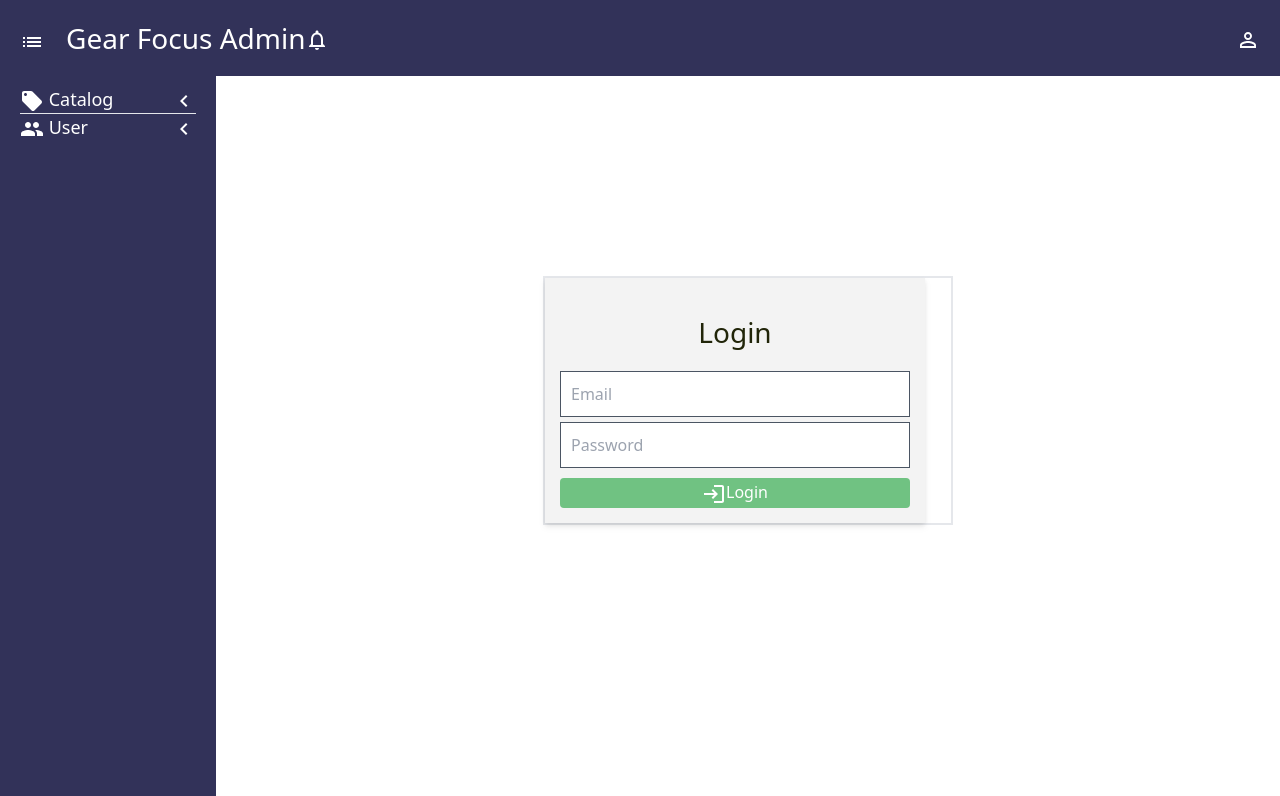
Repository: Kiendz3202/projectFinalPGS
Page: /
These files come from the project's save history. The page is drawn as it stood at one moment and after the next save; the edit follows.
The browser window is 1280 px wide. The pictures show the whole page.
The project was rebuilt for these pictures with package versions that can differ from the ones it lists, and the page was loaded fresh each time. Also part of the build but not shown: src/App.css, src/pages/HomePage.tsx, src/ProtectedRoute.tsx.

Above is the page before, as saved 2022-03-07 23:17:19.

### src/index.tsx
import React from 'react';
import ReactDOM from 'react-dom';
import './index.css';
import App from './App';
import { BrowserRouter} from 'react-router-dom'

ReactDOM.render(
  <BrowserRouter>
    <App />
  </BrowserRouter>,
  document.getElementById('root')
);

### src/App.tsx
import React, { Fragment } from 'react';
import logo from './logo.svg';
import './App.css';
import LoginPage from './pages/LoginPage';
import Router from './Router';
import Header from './components/header/Header';
import Navbar from './components/navbar/Navbar';

function App() {
  return (
    <Fragment>
    <Header />
    <div className='flex w-full'>
    <Navbar />
    <Router />
    </div>
    </Fragment>
  );
}

export default App;

### src/Router.tsx
import React, { lazy } from 'react';
import { Route, Routes,BrowserRouter,Navigate } from 'react-router-dom';
import {ROUTES} from './config/Routes'
import ProtectedRoute from './ProtectedRoute';
import { Suspense } from 'react';


const HomePage = lazy(() => import('./pages/HomePage'));
const LoginPage = lazy(() => import('./pages/LoginPage'));

interface Props {}

const Router = (props: Props) => {

  return (
    <Suspense fallback={<div>Loading.....</div>}>
      <Routes>
        <Route path={ROUTES.login} element={<LoginPage />} />
        <Route path={ROUTES.home} element={<ProtectedRoute />} />
        <Route path="/" element={<Navigate to={ROUTES.login} />} />
      </Routes>
    </Suspense>
  );
};

export default Router

### src/components/header/Header.tsx
import React from 'react'
import ListIcon from '@mui/icons-material/List';
import NotificationsNoneIcon from '@mui/icons-material/NotificationsNone';
import PersonOutlineIcon from '@mui/icons-material/PersonOutline';

function Header() {
  return (
    <div className='w-full p-[20px] bg-[#323259] text-white'>
        <div className='w-full flex justify-between h-[36px] '>
        <div className='leading-[36px]'>
            <ul className='flex'>
                <li className='text-[28px] mr-[22px]'><ListIcon /></li>
                <li className='text-[28px]'>Gear Focus Admin</li>
                <li className=' text-[20px]'><NotificationsNoneIcon /></li>
            </ul>
        </div>
        <div className='leading-[36px]'>
            <PersonOutlineIcon />
        </div>
        </div>
    </div>
  )
}

export default Header

### src/components/navbar/Navbar.tsx
import React from 'react'
import GroupIcon from '@mui/icons-material/Group';
import LocalOfferIcon from '@mui/icons-material/LocalOffer';
import ChevronLeftIcon from '@mui/icons-material/ChevronLeft';

function Navbar() {
  return (
    <div className=' w-[216px] max-w-[216px] px-[20px] py-[10px] h-screen bg-[#323259] text-white'>
        <ul>
            <div className='flex justify-between text-[18px] border-b-[1px] py-[12px]border-black'>
                <li><LocalOfferIcon className=' text-xs' /> Catalog</li>
                <li><ChevronLeftIcon /></li>
            </div>
            <div className='flex justify-between text-[18px]'>
                <li><GroupIcon /> User</li>
                <li><ChevronLeftIcon /></li>
            </div>
        </ul>
    </div>
  )
}

export default Navbar

### src/config/Routes.tsx
export const ROUTES = {
    home:'/home',
    login:'/login'
}

### src/pages/LoginPage.tsx
import React,{useState} from 'react'
import { useNavigate } from 'react-router-dom';
import { ILoginValidation } from '../components/auth/auth'
import Login from '../components/auth/Login'


function LoginPage() {
    const [loading, setLoading] = useState(false);
    const [errorMessage, setErrorMessage] = useState('');
    const navigate = useNavigate()
    const onLogin = async (value:ILoginValidation) =>{
      try{
        const response = await fetch('https://api.gearfocus.div4.pgtest.co/api/authentication/login',{
        method:'POST',
        headers:{
          'Content-Type': 'application/json'
        },
        body:JSON.stringify({
          email:value.email,
          password:value.password
        })
      })
      if(!response){
        throw new Error('something wrong')
        return;
      }
      // console.log(response)
        sessionStorage.setItem("statusText",response.statusText)
        navigate('/home')
      }catch(errorMessage){
        console.warn(errorMessage)
      }
    }

    return (
        <Login onLogin={onLogin} loading={loading} errorMessage={errorMessage} />
    )
}

export default LoginPage

### src/components/auth/Login.tsx
import React, { useState } from 'react'
import LoginIcon from '@mui/icons-material/Login';
import { ILoginValidation } from './auth';
import ValidateLoginForm from './ValidateLoginForm';

interface Props{
    onLogin(value:ILoginValidation):void;
    loading:boolean;
    errorMessage:string
}

const InvalidEmailWarn = () => {
    return <p>InValid email address</p>
}
const InvalidPasswordWarn = () => {
    return <p>Invalid password. Password must be at least 6 characters long, and capital letter at the beginning.</p>
}

function Login(props:Props) {
    const {onLogin,loading,errorMessage} = props;
    const [formValue,setFormValue] = useState({email:'',password:''})
    const [isValidated,setIsValidated] = useState({email:'',password:''})
    const [email,setEmail] = useState('');
    const [password,setPassword] = useState('');
    // const onSubmit = React.useCallback((e: React.FormEvent<HTMLElement>) =>{
        // e.preventDefault();
        // setIsValidated(ValidateLoginForm(formValue));
        // if(isValidated.email && isValidated.password){
        //     onLogin(formValue);
        // }else{
        //     return;
        // }
        // console.log(isValidated)
            // onLogin(formValue))
    // }
    const valid = (value:ILoginValidation) =>{
        if(value.email === '' && value.password === ''){
            return true
        }else{
            return false
        }
    }
    const onSubmit = React.useCallback(() => {
        setIsValidated(ValidateLoginForm(formValue));
        console.log(ValidateLoginForm(formValue))
        console.log(valid(ValidateLoginForm(formValue)))
        if (!valid(ValidateLoginForm(formValue))) {
            return;
          }

          onLogin(formValue);

      }, [formValue, onLogin]);
    return (
        <div className=' max-w-[410px] w-full m-auto border-2 mt-[200px]'>
            <form  onSubmit={(e) => {
        e.preventDefault();
        onSubmit();
      }} className='flex flex-col w-[380px] p-[15px] bg-[#f3f3f3] drop-shadow-md'>
                <p className=' text-center text-[#212509] text-[28px] my-[18px]'>Login</p>
                <div className=' justify-center mb-[5px] '>
                    <input onChange={(e) => setFormValue({...formValue,email:e.target.value})} value={formValue.email} type="text" className='w-full p-[10px] border border-gray-600 outline-blue-300' placeholder='Email' />
                    {isValidated.email ?? <p>{isValidated.email}</p>}
                </div>
                <div className=' justify-center mb-[10px] '>
                    <input onChange={(e) => setFormValue({...formValue,password:e.target.value})} value={formValue.password} type="password" className='w-full p-[10px] border border-gray-600 outline-blue-300' placeholder='Password' />
                    {isValidated.password ?? <p>{isValidated.password}</p>}
                </div>
                <button className=' bg-[#70c282] h-[30px] rounded text-white font-medium'>
                    <LoginIcon />
                    Login
                </button>
                {errorMessage ?? <p>email or password is wrong!</p>}
            </form>
        </div>
    )
}

export default Login

### src/components/auth/ValidateLoginForm.tsx
import React from 'react'
import { ILoginValidation } from './auth';

export function ValidateEmail(email:string) {
    let isValidated = String(email)
    .toLowerCase()
    .match(
      /^(([^<>()[\]\\.,;:\s@"]+(\.[^<>()[\]\\.,;:\s@"]+)*)|(".+"))@((\[[0-9]{1,3}\.[0-9]{1,3}\.[0-9]{1,3}\.[0-9]{1,3}\])|(([a-zA-Z\-0-9]+\.)+[a-zA-Z]{2,}))$/
    )
    if(isValidated){
        return '';
    }else{
        return 'emailInvalid'
    }
}
export function ValidatePassword(password:string){
    if(password.length >= 6){
        return ''
    }else{
        return 'min length is 6 characters'
    }
}
export default function ValidateLoginForm(formValue:ILoginValidation){
    return {
        email:ValidateEmail(formValue.email),
        password:ValidatePassword(formValue.password)
    }
}

Loaded but not shown: public/index.html (common file); src/index.css (common file); tailwind.config.js (common file)

After the next save:
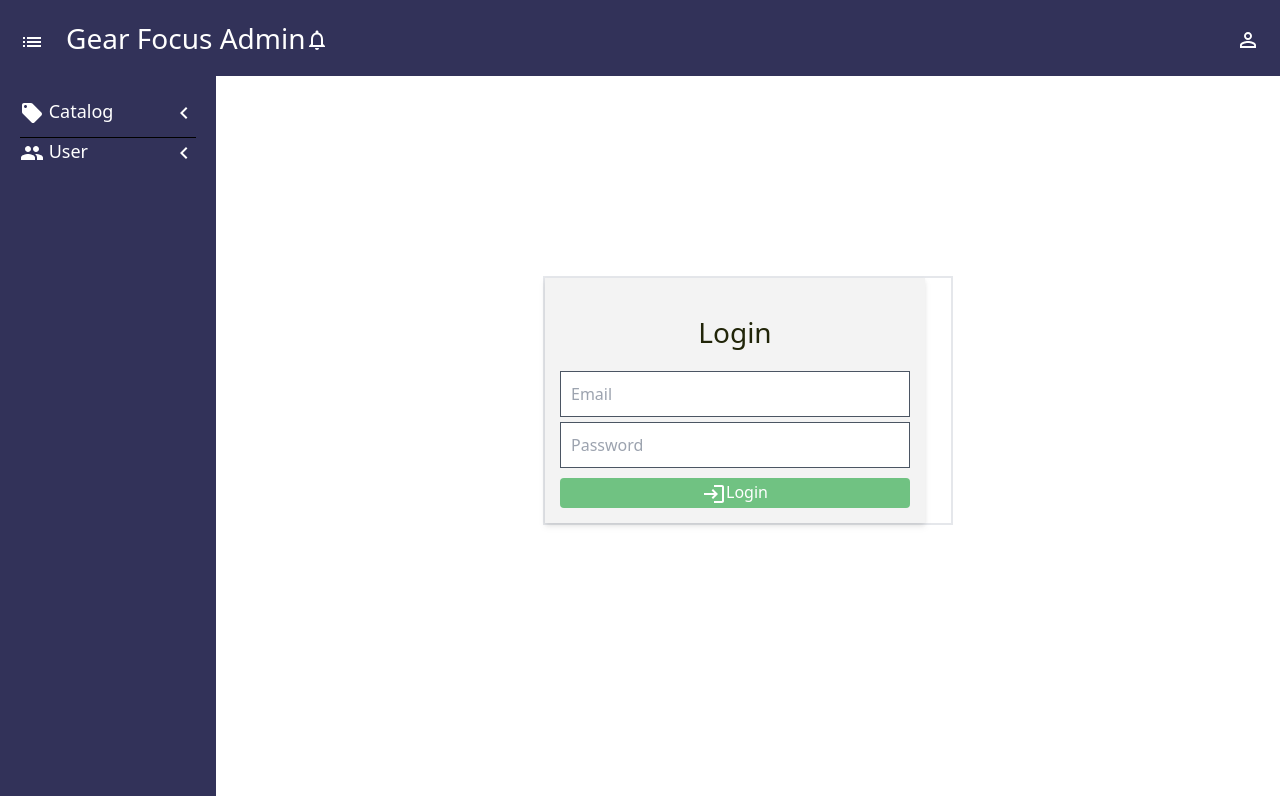
Saved 19 s later.
--- a/src/components/navbar/Navbar.tsx
+++ b/src/components/navbar/Navbar.tsx
@@ -7,7 +7,7 @@ function Navbar() {
   return (
     <div className=' w-[216px] max-w-[216px] px-[20px] py-[10px] h-screen bg-[#323259] text-white'>
         <ul>
-            <div className='flex justify-between text-[18px] border-b-[1px] py-[12px]border-black'>
+            <div className='flex justify-between text-[18px] border-b-[1px] py-[12px] border-black'>
                 <li><LocalOfferIcon className=' text-xs' /> Catalog</li>
                 <li><ChevronLeftIcon /></li>
             </div>
